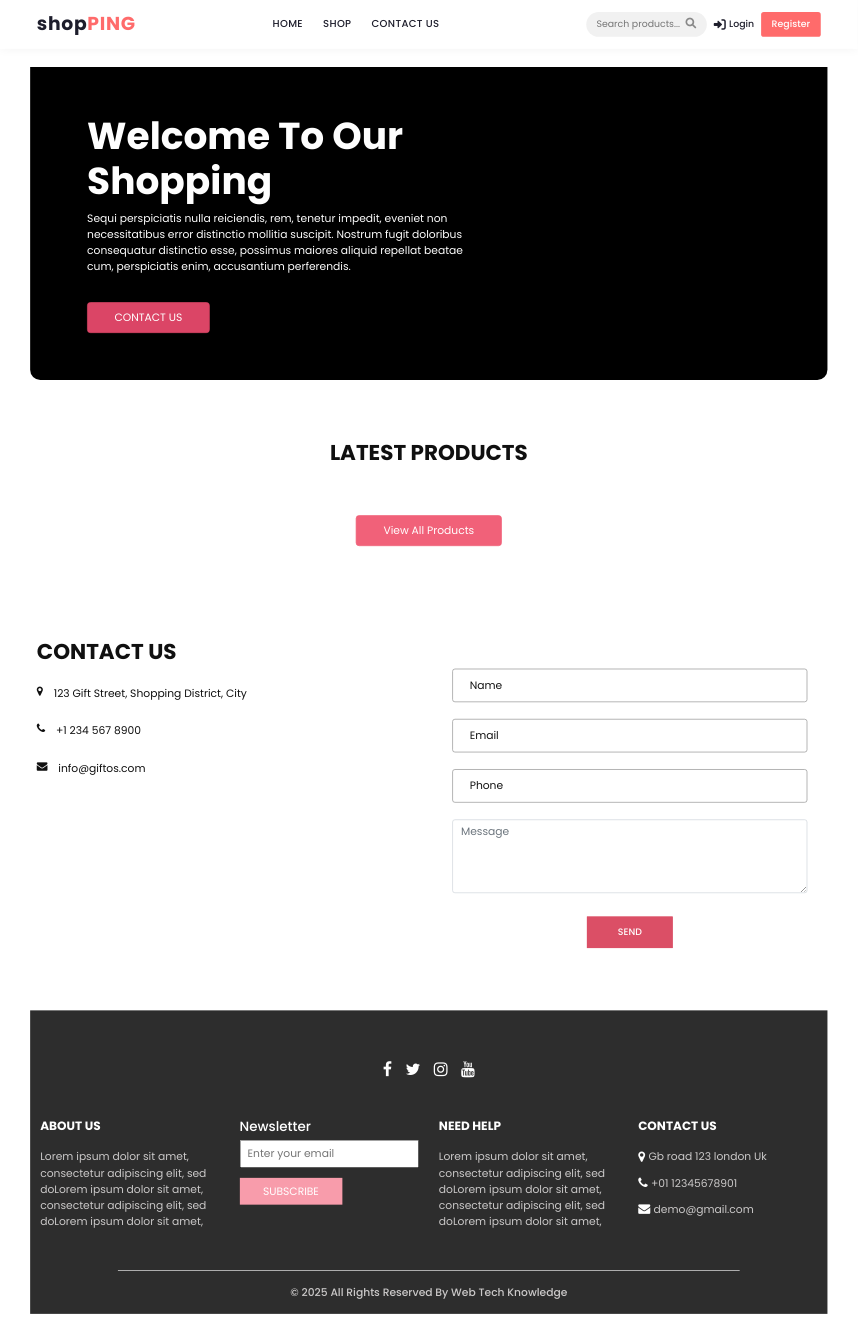
Repository: hahuuchinh2501/ecommerce_project
Page: http://localhost/
These files come from the project's save history. The page is drawn as it stood at one moment and after the next save; the edit follows.
The browser window is 1280 px wide. The pictures show the whole page, at 67% of full size.
The page is served by the project's Laravel application, run on PHP 8.4 with Laravel 12. Other server files are loaded and not shown. Queries for data that is not in the repository find no rows.

Above is the page before, as saved 2025-04-09 11:44:03.

### routes/web.php
<?php

use App\Http\Controllers\AdminController;
use App\Http\Controllers\ProfileController;
use App\Http\Controllers\ShopController;
use Illuminate\Support\Facades\Route;

use App\Http\Controllers\HomeController;

route::get('/',[HomeController::class,'home']);

route::get('/dashboard',[HomeController::class,'login_home'])->middleware(['auth', 'verified'])->name('dashboard');

Route::get('/myorders', [HomeController::class, 'myorders'])->middleware(['auth', 'verified']);

// Route::get('/dashboard', function () {
//     return view('home.index');
// })->middleware(['auth', 'verified'])->name('dashboard');

Route::middleware('auth')->group(function () {
    Route::get('/profile', [ProfileController::class, 'edit'])->name('profile.edit');
    Route::patch('/profile', [ProfileController::class, 'update'])->name('profile.update');
    Route::delete('/profile', [ProfileController::class, 'destroy'])->name('profile.destroy');
});

require __DIR__.'/auth.php';


route::get('admin/dashboard',[HomeController::class,'index'])->middleware(['auth','admin']);

route::get('view_category',[AdminController::class,'view_category'])->middleware(['auth','admin']);

route::post('add_category',[AdminController::class,'add_category'])->middleware(['auth','admin']);

route::get('delete_category/{id}',[AdminController::class,'delete_category'])->middleware(['auth','admin']);

route::get('edit_category/{id}',[AdminController::class,'edit_category'])->middleware(['auth','admin']);

route::post('update_category/{id}',[AdminController::class,'update_category'])->middleware(['auth','admin']);



route::get('view_brand',[AdminController::class,'view_brand'])->middleware(['auth','admin']);

route::post('add_brand',[AdminController::class,'add_brand'])->middleware(['auth','admin']);

route::get('delete_brand/{id}',[AdminController::class,'delete_brand'])->middleware(['auth','admin']);

route::get('edit_brand/{id}',[AdminController::class,'edit_brand'])->middleware(['auth','admin']);

route::post('update_brand/{id}',[AdminController::class,'update_brand'])->middleware(['auth','admin']);



route::get('add_product',[AdminController::class,'add_product'])->middleware(['auth','admin']);

route::post('upload_product',[AdminController::class,'upload_product'])->middleware(['auth','admin']);

route::get('view_product',[AdminController::class,'view_product'])->middleware(['auth','admin']);


route::get('delete_product/{id}',[AdminController::class,'delete_product'])->middleware(['auth','admin']);

route::get('update_product/{id}',[AdminController::class,'update_product'])->middleware(['auth','admin']);

route::post('edit_product/{id}',[AdminController::class,'edit_product'])->middleware(['auth','admin']);

route::get('product_search',[AdminController::class,'product_search'])->middleware(['auth','admin']);

Route::get('product_details/{id}', [HomeController::class, 'product_details']);

Route::get('add_cart/{id}', [HomeController::class, 'add_cart'])->middleware(['auth', 'verified']);

Route::post('add_cart/{id}', [HomeController::class, 'add_cart'])->middleware(['auth', 'verified']);

Route::get('mycart', [HomeController::class, 'mycart'])->middleware(['auth', 'verified']);

Route::get('remove_cart/{id}', [HomeController::class, 'remove_cart']);

Route::post('update_cart_quantity/{id}', [HomeController::class, 'update_cart_quantity']);


Route::get('view_shop', [HomeController::class, 'view_shop']);

Route::post('confirm_order', [HomeController::class, 'confirm_order'])->middleware(['auth', 'verified']);

Route::get('view_orders', [AdminController::class, 'view_order'])->middleware(['auth', 'admin']);

Route::get('on_delivery/{id}', [AdminController::class, 'on_delivery'])->middleware(['auth', 'admin']);

Route::get('delivered/{id}', [AdminController::class, 'delivered'])->middleware(['auth', 'admin']);

Route::get('print_pdf/{id}', [AdminController::class, 'print_pdf'])->middleware(['auth', 'admin']);

Route::get('view_users', [AdminController::class, 'view_users'])->middleware(['auth', 'admin']);
Route::get('delete_user/{id}', [AdminController::class, 'delete_user'])->middleware(['auth', 'admin']);

Route::get('delete_order/{id}', [HomeController::class, 'delete_order'])->name('delete_order');

Route::controller(HomeController::class)->group(function(){

    Route::get('stripe/{total}', 'stripe');

    Route::post('stripe', 'stripePost')->name('stripe.post');

});

Route::get('view_contact', [HomeController::class, 'view_contact']);

Route::get('search', [HomeController::class, 'search']);

### app/Models/Product.php
<?php

namespace App\Models;

use Illuminate\Database\Eloquent\Factories\HasFactory;
use Illuminate\Database\Eloquent\Model;

class Product extends Model
{
    use HasFactory;

    protected $fillable = [
        'title',
        'description',
        'price',
        'image1',
        'image2',
        'image3',
        'category_id'
    ];

    public function category()
    {
        return $this->belongsTo(Category::class);
    }
}

### resources/views/home/index.blade.php
<!DOCTYPE html>
<html>

<head>
  @include('home.css')
</head>

<body>
  <div class="hero_area">
    <!-- header section strats -->
   @include('home.header')
    <!-- end header section -->
    <!-- slider section -->
    @include('home.slider')

    <!-- end slider section -->
  </div>
  <!-- end hero area -->

  <!-- shop section -->

    @include('home.product')

  <!-- end shop section -->







  <!-- contact section -->

  @include('home.contact')
  <!-- end contact section -->



  <!-- info section -->

 @include('home.footer')

</body>

</html>

### resources/views/home/header.blade.php
<!DOCTYPE html>
<html lang="en">
<head>
  <meta charset="UTF-8">
  <meta name="viewport" content="width=device-width, initial-scale=1.0">
  <title>shopPING - Fashion Store</title>
  <link href="https://cdnjs.cloudflare.com/ajax/libs/font-awesome/6.0.0-beta3/css/all.min.css" rel="stylesheet">
  @include('home.css')
</head>
<body>
  <header class="header">
    <div class="container">
      <nav class="navbar">
        <div class="brand">
          <a href="{{ url('/') }}" class="logo">shop<span>PING</span></a>
        </div>

        <div class="mobile-toggle">
          <i class="fas fa-bars"></i>
        </div>

        <ul class="nav-menu">
          <li class="nav-item">
            <a href="{{ url('/') }}" class="nav-link">Home</a>
          </li>
          <li class="nav-item dropdown">
            <a href="{{ url('view_shop') }}" class="nav-link">Shop</a>

          </li>

          <li class="nav-item">
            <a href="{{ url('view_contact') }}" class="nav-link">Contact Us</a>
          </li>
        </ul>

        <div class="user-actions">
          @if (Route::has('login'))
            @auth
              <a href="{{ url('myorders') }}" class="action-btn">
                <i class="fas fa-list-ul"></i>
                <span>Orders</span>
              </a>
              <a href="{{ url('mycart') }}" class="action-btn">
                <i class="fas fa-shopping-bag"></i>
                <span>Cart</span>
                <span class="cart-count">{{ $count }}</span>
              </a>
              <form class="search-form" action="{{ url('search') }}" method="GET">
    <input type="text" class="search-input" name="search_text" placeholder="Search products..." required>
    <button type="submit" class="search-btn">
        <i class="fas fa-search"></i>
    </button>
</form>



              <form method="POST" action="{{ route('logout') }}" class="logout-form">
                @csrf
                <button type="submit" class="logout-btn">
                  <i class="fas fa-sign-out-alt"></i>
                  <span>Logout</span>
                </button>
              </form>
              <a style="margin-left: 20px;" href="{{ url('/profile') }}">welcome: {{ Auth::user()->name }}</a>

            @else
              <form class="search-form" action="{{ url('search') }}" method="GET">
    <input type="text" class="search-input" name="search_text" placeholder="Search products..." required>
    <button type="submit" class="search-btn">
        <i class="fas fa-search"></i>
    </button>
</form>

              <a href="{{ url('/login') }}" class="action-btn" style="margin: 10px;">
                <i class="fas fa-sign-in-alt"></i>
                <span>Login</span>
              </a>
              <a href="{{ url('/register') }}" class="btn btn-primary">Register</a>
            @endauth
          @endif
        </div>
      </nav>
    </div>
  </header>

  <script>

    window.addEventListener('scroll', function() {
      const header = document.querySelector('.header');
      if (window.scrollY > 50) {
        header.classList.add('header-scrolled');
      } else {
        header.classList.remove('header-scrolled');
      }
    });


    const mobileToggle = document.querySelector('.mobile-toggle');
    const navMenu = document.querySelector('.nav-menu');

    if (mobileToggle) {
      mobileToggle.addEventListener('click', function() {
        navMenu.classList.toggle('active');
      });
    }


    const dropdowns = document.querySelectorAll('.dropdown');

    dropdowns.forEach(dropdown => {
      dropdown.addEventListener('click', function(e) {
        if (window.innerWidth < 992) {
          e.preventDefault();
          this.classList.toggle('active');
        }
      });
    });
  </script>
</body>
</html>

### resources/views/home/slider.blade.php

    <section class="slider_section" style="padding-top: 100px;">
      <div class="slider_container">
        <div id="carouselExampleIndicators" class="carousel slide" data-ride="carousel">
          <div class="carousel-inner">
            <div class="carousel-item active">
              <div class="container-fluid">
                <div class="row">
                  <div class="col-md-7">
                    <div class="detail-box">
                      <h1>
                        Welcome To Our <br>
                        Shopping
                      </h1>
                      <p>
                        Sequi perspiciatis nulla reiciendis, rem, tenetur impedit, eveniet non necessitatibus error distinctio mollitia suscipit. Nostrum fugit doloribus consequatur distinctio esse, possimus maiores aliquid repellat beatae cum, perspiciatis enim, accusantium perferendis.
                      </p>
                      <a href="{{ url('view_contact') }}">
                        Contact Us
                      </a>
                    </div>
                  </div>
                  <div class="col-md-5 ">
                    <div class="img-box">
                      <img style="width:600px" src="images/img_bg.jpg" alt="" />
                    </div>
                  </div>
                </div>
              </div>
            </div>

          </div>

        </div>
      </div>
    </section>

### resources/views/home/product.blade.php
 <section class="shop_section layout_padding">
    <div class="container">
      <div class="heading_container heading_center">
        <h2>
          Latest Products
        </h2>
      </div>
      <div class="row">
        @foreach($product as $products )


        <div class="col-sm-6 col-md-4 col-lg-3">
          <div class="box">

              <div class="img-box">
                <img src="products/{{ $products->image1 }}" alt="">
              </div>
              <div class="detail-box">
                <h6>
                  {{ $products->title }}
                </h6>
                <h6>
                  Price
                  <span>
                    {{ $products->price }}
                  </span>
                </h6>
              </div>

            <div style="padding:15px">
              <a class="btn btn-dark" style="color: white" href="{{ url('product_details', $products->id) }}">
                Details
              </a>
               <a class="btn btn-white" style="border: 1px solid " href="{{ url('add_cart', $products->id) }}">
                add cart
              </a>
          </div>
          </div>
        </div>
        @endforeach
        </div>
      </div>
      <div class="btn-box">
        <a href="{{ url('view_shop') }}">
          View All Products
        </a>
      </div>
    </div>
  </section>

### resources/views/home/contact.blade.php
<section class="contact_section py-5">
  <div class="container">
    <div class="row">
      <div class="col-md-6">
        <div class="heading_container mb-4">
          <h2>Contact Us</h2>
        </div>
        <div class="contact_info">
          <div class="info_item d-flex mb-3">
            <i class="fa fa-map-marker mr-3" aria-hidden="true"></i>
            <p>123 Gift Street, Shopping District, City</p>
          </div>
          <div class="info_item d-flex mb-3">
            <i class="fa fa-phone mr-3" aria-hidden="true"></i>
            <p>+1 234 567 8900</p>
          </div>
          <div class="info_item d-flex mb-3">
            <i class="fa fa-envelope mr-3" aria-hidden="true"></i>
            <p>info@giftos.com</p>
          </div>
        </div>
      </div>
      <div class="col-md-6">
        <form action="#">
          <div class="form-group">
            <input type="text" class="form-control" placeholder="Name" required />
          </div>
          <div class="form-group">
            <input type="email" class="form-control" placeholder="Email" required />
          </div>
          <div class="form-group">
            <input type="text" class="form-control" placeholder="Phone" />
          </div>
          <div class="form-group">
            <textarea class="form-control" rows="4" placeholder="Message" required></textarea>
          </div>
          <button type="submit" class="btn btn-primary">SEND</button>
        </form>
      </div>
    </div>
  </div>
</section>

### resources/views/home/footer.blade.php
<section class="info_section  layout_padding2-top">
    <div class="social_container">
      <div class="social_box">
        <a href="">
          <i class="fa fa-facebook" aria-hidden="true"></i>
        </a>
        <a href="">
          <i class="fa fa-twitter" aria-hidden="true"></i>
        </a>
        <a href="">
          <i class="fa fa-instagram" aria-hidden="true"></i>
        </a>
        <a href="">
          <i class="fa fa-youtube" aria-hidden="true"></i>
        </a>
      </div>
    </div>
    <div class="info_container ">
      <div class="container">
        <div class="row">
          <div class="col-md-6 col-lg-3">
            <h6>
              ABOUT US
            </h6>
            <p>
              Lorem ipsum dolor sit amet, consectetur adipiscing elit, sed doLorem ipsum dolor sit amet, consectetur adipiscing elit, sed doLorem ipsum dolor sit amet,
            </p>
          </div>
          <div class="col-md-6 col-lg-3">
            <div class="info_form ">
              <h5>
                Newsletter
              </h5>
              <form action="#">
                <input type="email" placeholder="Enter your email">
                <button>
                  Subscribe
                </button>
              </form>
            </div>
          </div>
          <div class="col-md-6 col-lg-3">
            <h6>
              NEED HELP
            </h6>
            <p>
              Lorem ipsum dolor sit amet, consectetur adipiscing elit, sed doLorem ipsum dolor sit amet, consectetur adipiscing elit, sed doLorem ipsum dolor sit amet,
            </p>
          </div>
          <div class="col-md-6 col-lg-3">
            <h6>
              CONTACT US
            </h6>
            <div class="info_link-box">
              <a href="">
                <i class="fa fa-map-marker" aria-hidden="true"></i>
                <span> Gb road 123 london Uk </span>
              </a>
              <a href="">
                <i class="fa fa-phone" aria-hidden="true"></i>
                <span>+01 12345678901</span>
              </a>
              <a href="">
                <i class="fa fa-envelope" aria-hidden="true"></i>
                <span> demo@gmail.com</span>
              </a>
            </div>
          </div>
        </div>
      </div>
    </div>
    <!-- footer section -->
    <footer class=" footer_section">
      <div class="container">
        <p>
          &copy; <span id="displayYear"></span> All Rights Reserved By
          <a href="https://html.design/">Web Tech Knowledge</a>
        </p>
      </div>
    </footer>
    <!-- footer section -->

  </section>

  <!-- end info section -->


  <script src="{{asset('js/jquery-3.4.1.min.js') }}"></script>
  <script src="{{asset('js/bootstrap.js') }}"></script>
  <script src="https://cdnjs.cloudflare.com/ajax/libs/OwlCarousel2/2.3.4/owl.carousel.min.js">
  </script>
  <script src="{{asset('js/custom.js') }}"></script>

### public/css/responsive.css
@media (max-width: 1120px) {
    .saving_section .detail-box {
        padding: 0;
    }
}

@media (max-width: 992px) {
    .user_option {
        justify-content: center;
        margin-left: 0;
        margin-top: 10px;

    }

    .custom_nav-container {
        flex-direction: row;
    }

    .custom_nav-container .navbar-nav {
        align-items: center;
    }

    #navbarSupportedContent .navbar-nav .nav-link {
        margin: 5px 0;
    }

    .slider_section .detail-box {
        padding-left: 0;
    }

    .slider_section .detail-box h1 {
        font-size: 3rem;
    }

    .slider_section .img-box {
        padding: 0;
    }

    .saving_section .row {
        flex-direction: column-reverse;
    }

    .saving_section .detail-box {

        margin-bottom: 30px;
    }

    .client_section .box {
        margin: 15px 25px;
    }

    .client_section .carousel_btn-box {
        display: flex;
        justify-content: center;
        margin-top: 45px;
    }

    .client_section .carousel-control-prev,
    .client_section .carousel-control-next {
        position: unset;
        margin: 0 2.5px;
        width: 45px;
        height: 45px;
    }
}

@media (max-width: 768px) {
    .hero_area {
        padding: 0 25px;
    }

    .slider_section .img-box {
        margin-bottom: 45px;
    }

    .saving_section,
    .gift_section {
        padding-left: 25px;
        padding-right: 25px;
    }

    .gift_section .box {
        padding: 45px 0;
    }

    .gift_section .img-box {
        padding: 0 15px;
        margin-bottom: 45px;
    }

    .info_section .row>div {
        text-align: center;
        display: flex;
        flex-direction: column;
        align-items: center;

    }

    .info_section {
        margin: 0 25px 25px;
    }


}

@media (max-width: 576px) {
    .contact_section {
        padding-left: 25px;
        padding-right: 25px;
    }
}

@media (max-width: 480px) {

    .saving_section .detail-box,
    .gift_section .detail-box {
        padding: 0 5px;
    }
}

@media (max-width: 420px) {}

@media (max-width: 376px) {}

@media (min-width: 1200px) {
    .container {
        max-width: 1170px;
    }
}

Loaded but not shown: app/Providers/AppServiceProvider.php (common file); routes/auth.php (common file); app/Http/Controllers/Auth/EmailVerificationPromptController.php (common file); app/Http/Controllers/Controller.php (common file); app/Http/Controllers/Auth/VerifyEmailController.php (common file); public/css/bootstrap.css (library); public/js/jquery-3.4.1.min.js (library); public/css/font-awesome.min.css (library); public/js/bootstrap.js (library); public/js/custom.js (common file); public/css/style.css (856 lines, source omitted); resources/views/home/css.blade.php (421 lines, source omitted); app/Http/Controllers/HomeController.php (308 lines, source omitted)

After the next save:
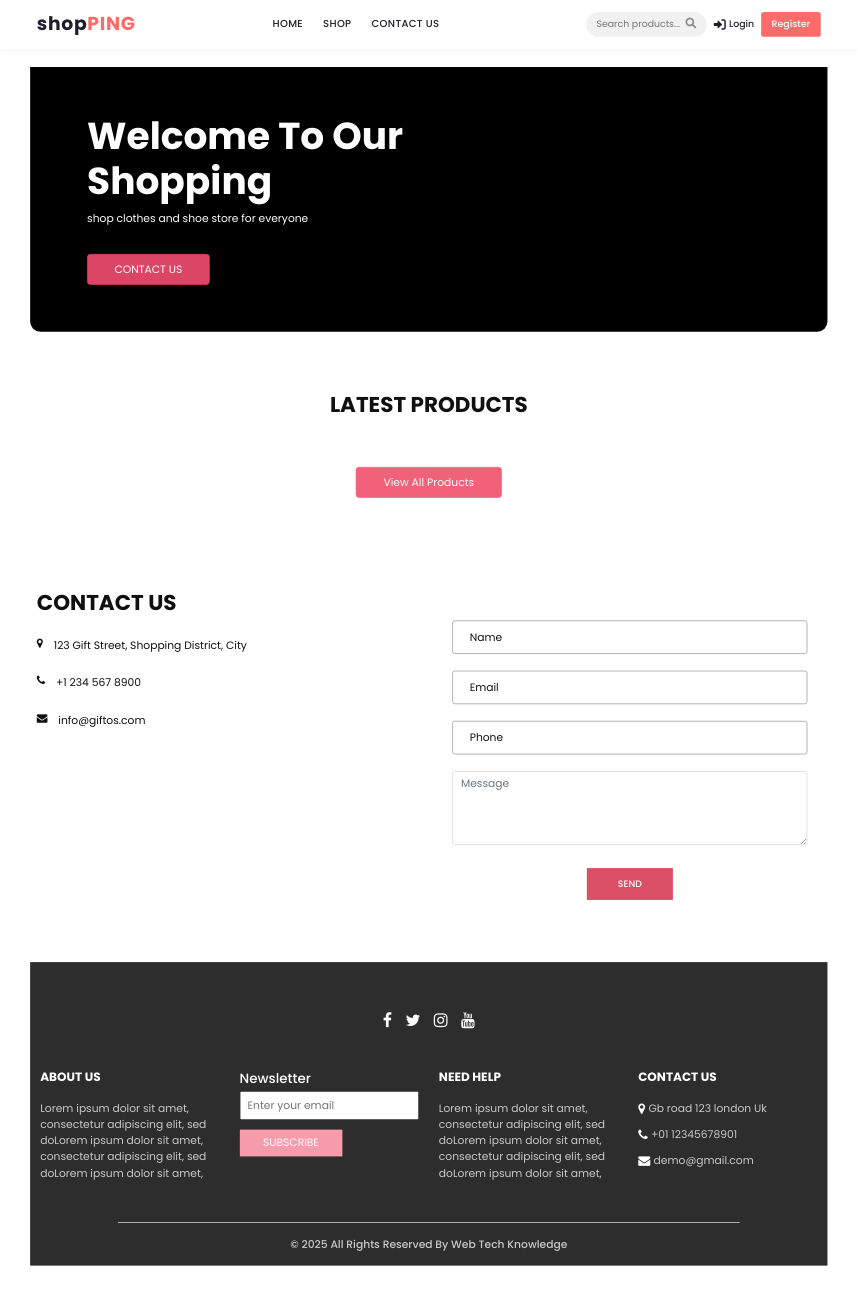
Saved 42 s later.
--- a/resources/views/home/slider.blade.php
+++ b/resources/views/home/slider.blade.php
@@ -13,7 +13,7 @@
                         Shopping
                       </h1>
                       <p>
-                        Sequi perspiciatis nulla reiciendis, rem, tenetur impedit, eveniet non necessitatibus error distinctio mollitia suscipit. Nostrum fugit doloribus consequatur distinctio esse, possimus maiores aliquid repellat beatae cum, perspiciatis enim, accusantium perferendis.
+                     shop clothes and shoe store for everyone
                       </p>
                       <a href="{{ url('view_contact') }}">
                         Contact Us
